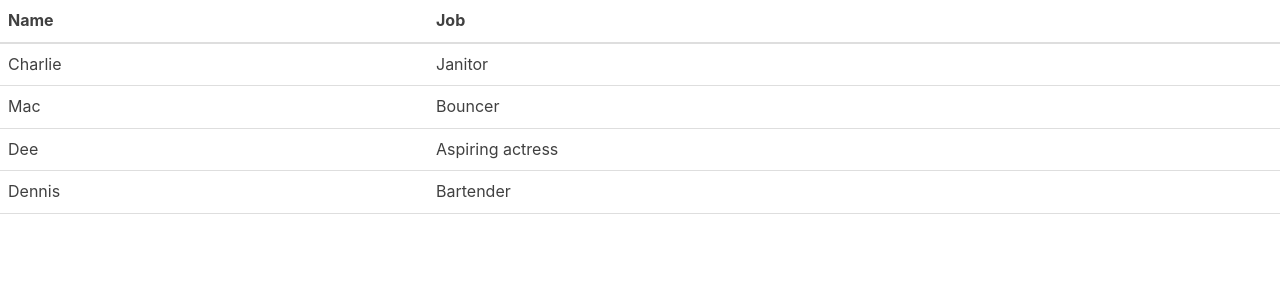
Repository: romgrm/firstAppInReact
Page: /
The author's editor kept a copy of each file at every save. The page is drawn from the files as they stood at one save, then again after the next save.
The browser window is 1280 px wide. The pictures show the whole page.
The project was rebuilt for these pictures with package versions that can differ from the ones it lists, and the page was loaded fresh each time.

Above is the page before, as saved 2020-11-15 18:24:45.

After the next save:
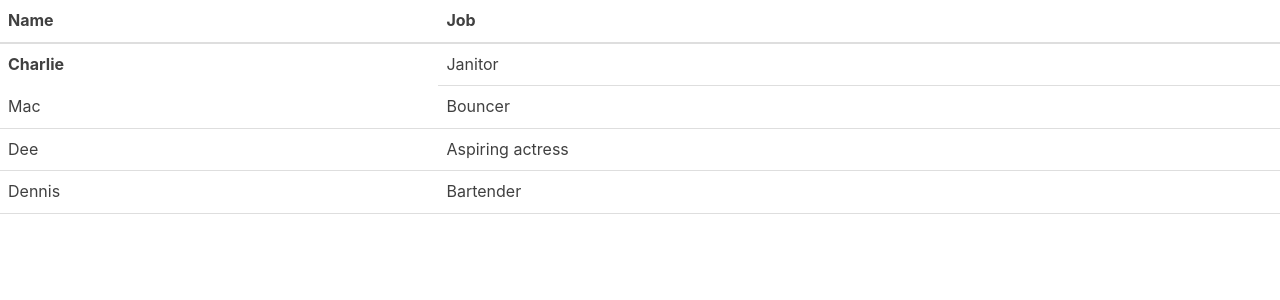
Saved 42 s later.
--- a/src/Table.js
+++ b/src/Table.js
@@ -13,7 +13,7 @@
               </thead>
               <tbody>
                 <tr>
-                  <td>Charlie</td>
+                  <th>Charlie</th>
                   <td>Janitor</td>
                 </tr>
                 <tr>

After the save that followed:
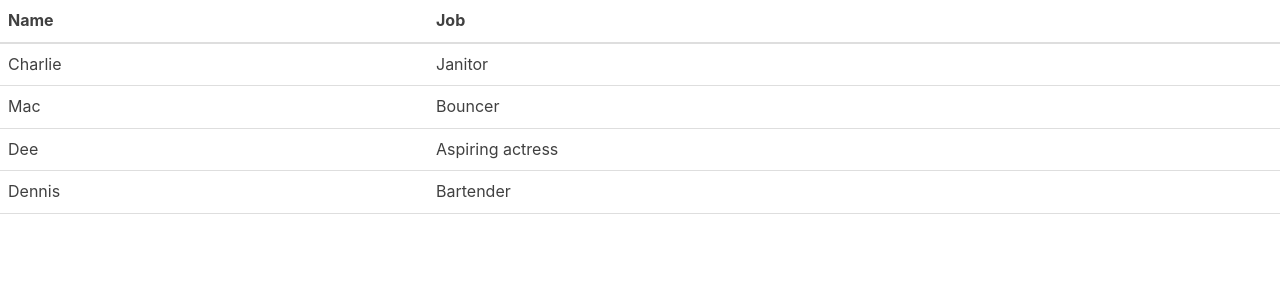
Saved 6 s later.
--- a/src/Table.js
+++ b/src/Table.js
@@ -13,7 +13,7 @@
               </thead>
               <tbody>
                 <tr>
-                  <th>Charlie</th>
+                  <td>Charlie</td>
                   <td>Janitor</td>
                 </tr>
                 <tr>
